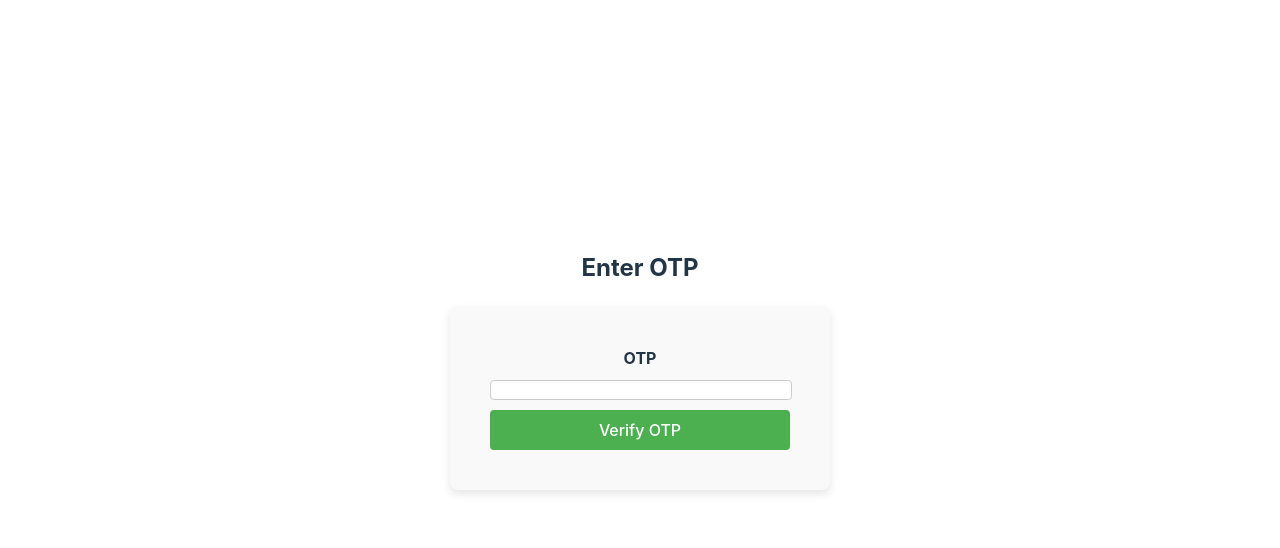
Repository: sarathraj2002/MockTest
Page: /check (app in Frontend/)
An editor plug-in stored every save of this project. The page is shown before and after the next save, followed by the edit.
The browser window is 1280 px wide. The pictures show the whole page.
The project was rebuilt for these pictures with package versions that can differ from the ones it lists, and the page was loaded fresh each time. Also part of the build but not shown: Frontend/vite.config.js, Frontend/src/components/Otp.jsx, Frontend/src/components/Home.jsx.

Above is the page before, as saved 2024-11-13 17:14:20.

### Frontend/index.html
<!doctype html>
<html lang="en">
  <head>
    <meta charset="UTF-8" />
    <link rel="icon" type="image/svg+xml" href="/vite.svg" />
    <meta name="viewport" content="width=device-width, initial-scale=1.0" />
    <title>MockTest</title>
  </head>
  <body>
    <div id="root"></div>
    <script type="module" src="/src/main.jsx"></script>
  </body>
</html>

### Frontend/src/main.jsx
import { StrictMode } from 'react'
import { createRoot } from 'react-dom/client'
import App from './App.jsx'
import './index.css'
import { BrowserRouter } from 'react-router-dom'


createRoot(document.getElementById('root')).render(
  <StrictMode>
     <BrowserRouter>
    <App />
    </BrowserRouter>
  </StrictMode>,
)

### Frontend/src/App.jsx
import { useState } from 'react'
import './App.css'
import Otp from './components/Otp'
import { Home } from './components/Home'
import { Route,Routes,useNavigate } from 'react-router-dom'
import Mail from './components/Mail'

function App() {
  const [email, setEmail] = useState('');
  const navigate = useNavigate();
  const handleEmailSubmit=(email)=>{
    setEmail(email);
    navigate('/check');
  }


  return (
    <>
    <Routes>
      <Route path='/' element={<Otp onEmailSubmit={handleEmailSubmit}/>}></Route>
      <Route path='/check' element={<Mail/>}></Route>
      <Route path='/home' element={<Home/>}></Route>
    </Routes>
    </>
  )
}

export default App

### Frontend/src/components/Mail.jsx
import React, { useState } from 'react';
import axios from 'axios';
import { useNavigate } from 'react-router-dom';

function OTPForm({ email, onOTPVerify }) {
  const [otp, setOtp] = useState('');
  const [errorMessage, setErrorMessage] = useState('');
  const navigate = useNavigate();

  const handleSubmit = async (e) => {
    e.preventDefault();

    try {
      const response = await axios.post('http://localhost:5000/api/verify-otp', {
        otp
      });
      const data = response.data;

      if (data.valid) {
        navigate('/home');
      } else {
        setErrorMessage(data.message || 'Invalid OTP. Please try again.');
      }
    } catch (error) {
      console.error('Error verifying OTP:', error);
      setErrorMessage('An error occurred while verifying OTP.');
    }
  };

  const formStyle = {
    width: '300px',
    margin: '0 auto',
    padding: '40px',
    backgroundColor: '#f9f9f9',
    borderRadius: '8px',
    boxShadow: '0 4px 8px rgba(0, 0, 0, 0.1)',
  };

  const inputStyle = {
    width: '100%',
    padding: '0px',
    margin: '10px 0',
    borderRadius: '4px',
    border: '1px solid #ccc',
    fontSize: '16px',
  };

  const buttonStyle = {
    width: '100%',
    padding: '10px',
    backgroundColor: '#4CAF50',
    color: 'white',
    fontSize: '16px',
    border: 'none',
    borderRadius: '4px',
    cursor: 'pointer',
  };

  const buttonHoverStyle = {
    backgroundColor: '#45a049',
  };

  const errorMessageStyle = {
    color: 'red',
    marginTop: '10px',
    textAlign: 'center',
  };

  return (
    <div style={{ padding: '50px 20px', textAlign: 'center' }}>
      <h2 style={{ marginBottom: '20px' }}>Enter OTP</h2>
      <form onSubmit={handleSubmit} style={formStyle}>
        <label style={{ fontSize: '16px', fontWeight: 'bold', marginBottom: '10px' }}>OTP</label>
        <input
          type="text"
          value={otp}
          onChange={(e) => setOtp(e.target.value)}
          required
          maxLength="4"
          style={inputStyle}
        />
        <button type="submit" style={buttonStyle} onMouseEnter={(e) => e.target.style.backgroundColor = buttonHoverStyle.backgroundColor} onMouseLeave={(e) => e.target.style.backgroundColor = buttonStyle.backgroundColor}>
          Verify OTP
        </button>
      </form>
      {errorMessage && <p style={errorMessageStyle}>{errorMessage}</p>}
    </div>
  );
}

export default OTPForm;

Loaded but not shown: Frontend/src/index.css (common file); Frontend/src/App.css (common file)

After the next save:
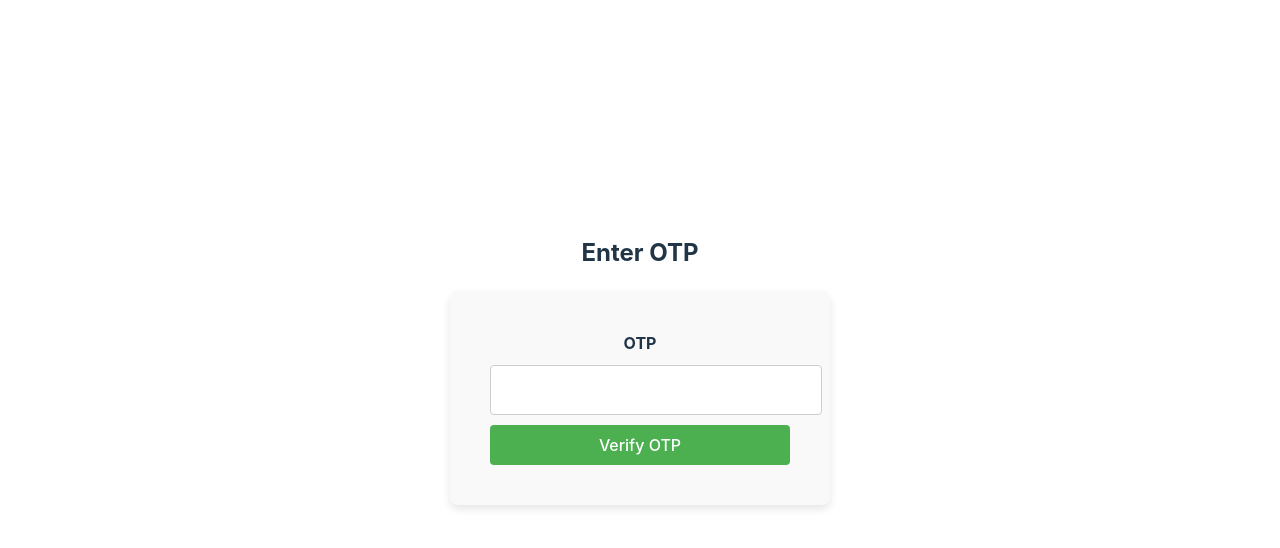
Saved 4 s later.
--- a/Frontend/src/components/Mail.jsx
+++ b/Frontend/src/components/Mail.jsx
@@ -38,7 +38,7 @@ function OTPForm({ email, onOTPVerify }) {
 
   const inputStyle = {
     width: '100%',
-    padding: '0px',
+    padding: '15px',
     margin: '10px 0',
     borderRadius: '4px',
     border: '1px solid #ccc',
